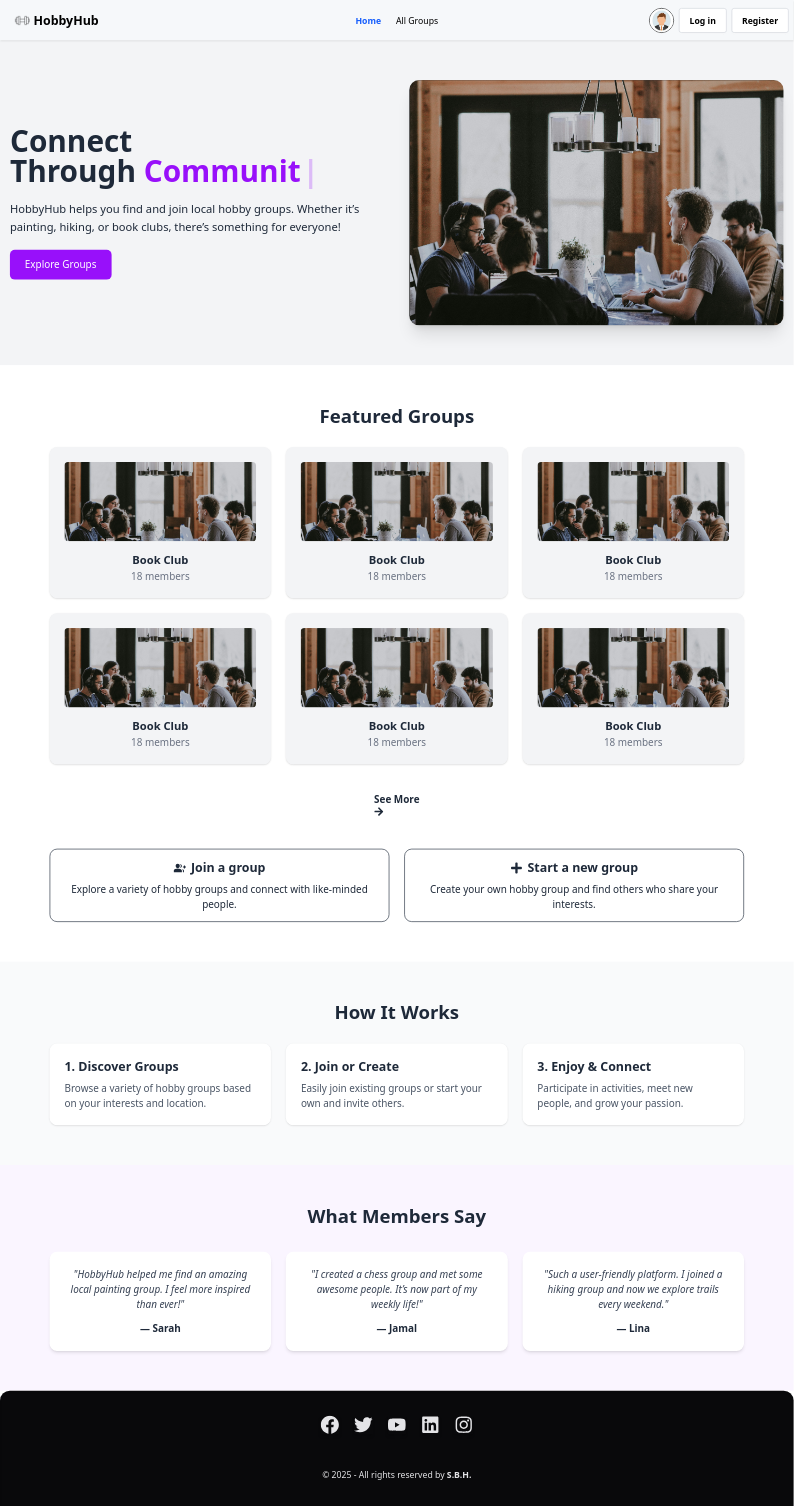
Repository: syedbayzid82849/Hobby_Hub_Client_site
Page: /
These files come from the project's save history. The page is drawn as it stood at one moment and after a run of saves; the edit follows.
The browser window is 1280 px wide. The pictures show the whole page, at 62% of full size.
The project was rebuilt for these pictures with package versions that can differ from the ones it lists, and the page was loaded fresh each time. Also part of the build but not shown: src/App.jsx, src/Pages/Register/Register.jsx, src/Pages/Login/Login.jsx, src/Pages/Profile/Profile.jsx, src/Pages/createGroup/createGroup.jsx, src/Pages/myGroup/myGroup.jsx, src/Routes/PrivateRoute.jsx, src/Pages/AllGroups/AllGroups.jsx.

Above is the page before, as saved 2025-05-22 09:05:43.

After the next 2 saves:
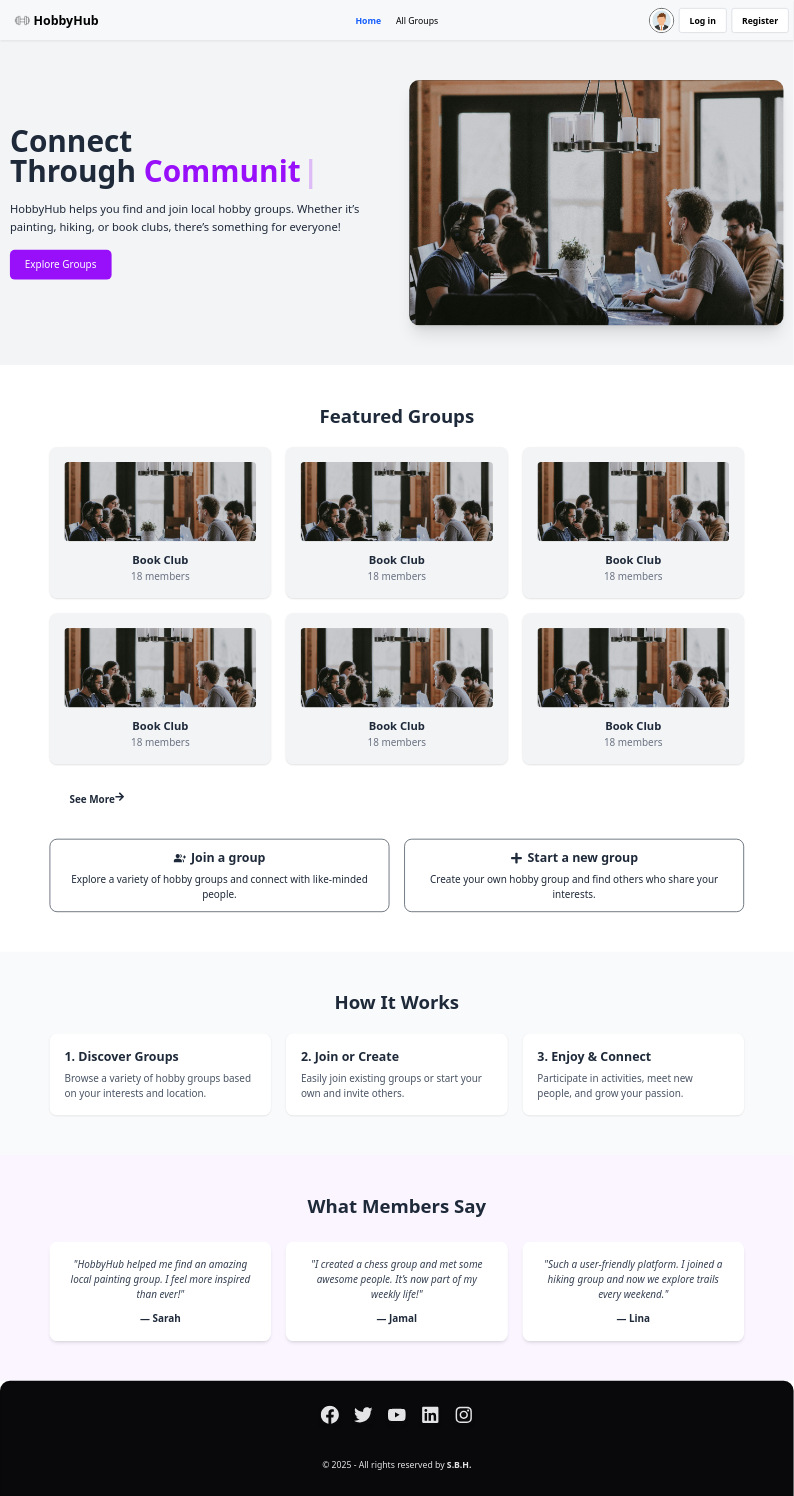
The 2 saves are shown as one change because they came seconds apart.
The last was saved 13 s later.
--- a/src/Pages/Home/Home.jsx
+++ b/src/Pages/Home/Home.jsx
@@ -119,7 +119,7 @@ const Home = () => {
                             <p className="text-gray-500">18 members</p>
                         </div>
                     </div>
-                    <button type="button" className="mt-8 px-8 py-3 font-semibold rounded-full dark:bg-gray-800 dark:text-gray-100"><span>See More</span><span><FaArrowRight /></span></button>
+                    <button type="button" className="flex mt-8 px-8 py-3 font-semibold rounded-full dark:bg-gray-800 dark:text-gray-100"><span>See More</span><span><FaArrowRight /></span></button>
                 </div>
                 <div className="max-w-6xl mx-auto px-4 text-center pt-10">
                     <div className="grid grid-cols-1 md:grid-cols-2 gap-6 text-center">
